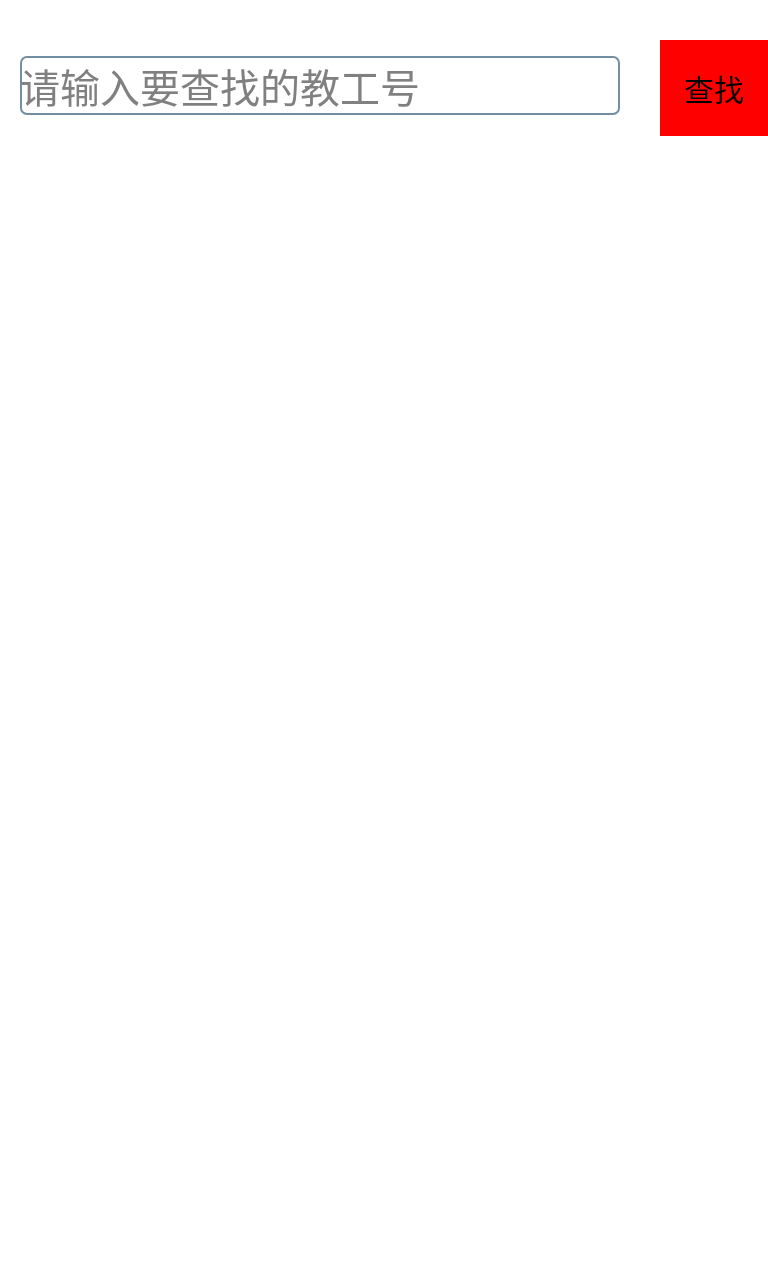
Repository: 15862175370/MyProject
Layout: 毕业设计系统源码_李伟/client/TeachSystem/res/layout/serchteacher.xml
An editor plug-in stored every save of this project. The layout is shown before and after the next save, followed by the edit.
It is drawn on a 768 x 1280 px phone screen (xhdpi) without system bars, with theme AppTheme; the app's code is not run. Lists and similar views that code fills are empty.

Above is the layout before, as saved 2016-05-20 10:08:23.

### 毕业设计系统源码_李伟/client/TeachSystem/res/layout/serchteacher.xml
<?xml version="1.0" encoding="utf-8"?>
<LinearLayout xmlns:android="http://schemas.android.com/apk/res/android"
    android:layout_width="match_parent"
    android:layout_height="match_parent"
    android:orientation="vertical" >

<LinearLayout
     android:id="@+id/cno"
      android:layout_width="match_parent"
        android:layout_height="wrap_content"
        android:orientation="horizontal"
        android:layout_marginTop="20dp"
        >

        <EditText
            android:hint="请输入要查找的教工号"
            android:layout_marginLeft="10dp"
            android:id="@+id/myteacher_tname"
         android:layout_width="300dp"
         android:layout_height="wrap_content"
          android:textSize="20dp"
         android:background="@drawable/biankuang"
            />
      <Button
          android:layout_marginLeft="20dp"
      android:layout_width="wrap_content"
      android:layout_height="wrap_content"
      android:text="查找"
      android:textSize="15dp"
      android:background="#ff0000"
        />
    </LinearLayout>
  <ListView
   android:id="@+id/mycourse"
   android:layout_height="match_parent"
   android:layout_width="match_parent" />

</LinearLayout>

### 毕业设计系统源码_李伟/client/TeachSystem/res/drawable/biankuang.xml
<?xml version="1.0" encoding="utf-8"?>
<shape xmlns:android="http://schemas.android.com/apk/res/android" >
     <solid android:color="#FFFFFF" />
    <corners android:radius="3dip"/>
    <stroke
        android:width="1dip"
        android:color="#728ea3" />

</shape>

Loaded but not shown: 毕业设计系统源码_李伟/client/TeachSystem/res/values/styles.xml (common file); 毕业设计系统源码_李伟/client/TeachSystem/res/values-v11/styles.xml (common file); 毕业设计系统源码_李伟/client/TeachSystem/res/values-v14/styles.xml (common file)

After the next save:
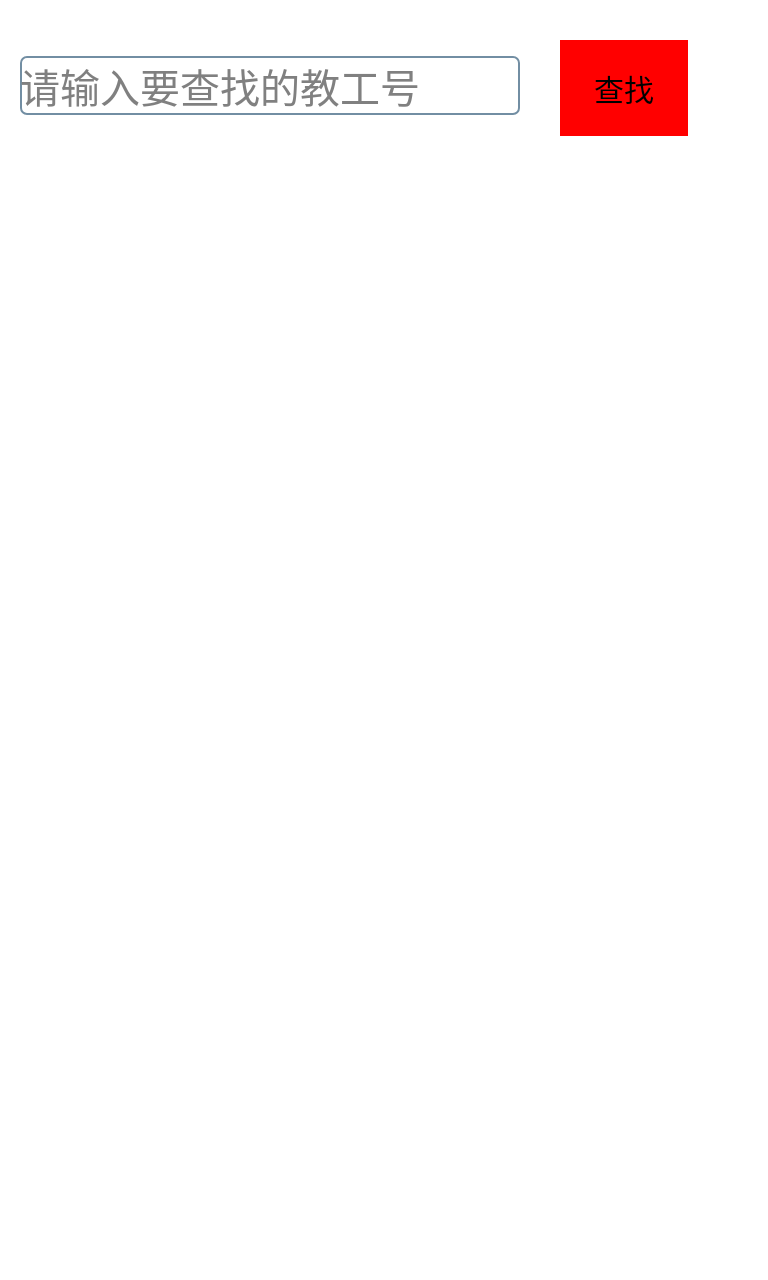
Saved 9 s later.
--- a/毕业设计系统源码_李伟/client/TeachSystem/res/layout/serchteacher.xml
+++ b/毕业设计系统源码_李伟/client/TeachSystem/res/layout/serchteacher.xml
@@ -16,7 +16,7 @@
             android:hint="请输入要查找的教工号"
             android:layout_marginLeft="10dp"
             android:id="@+id/myteacher_tname"
-         android:layout_width="300dp"
+         android:layout_width="250dp"
          android:layout_height="wrap_content"
           android:textSize="20dp"
          android:background="@drawable/biankuang"
